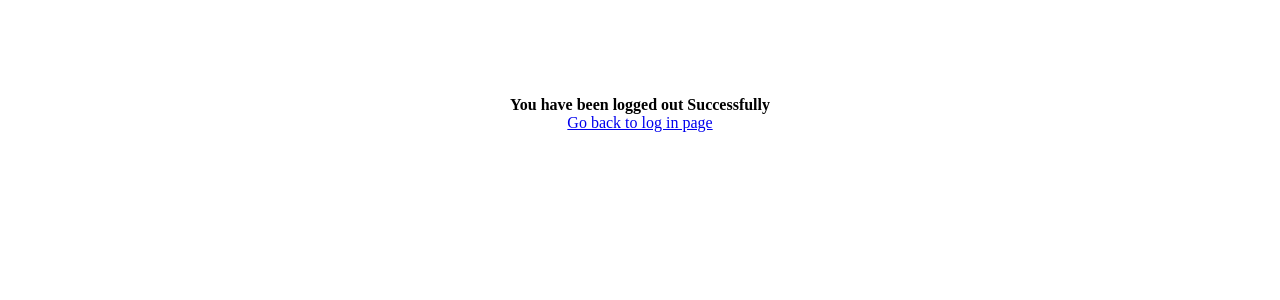
Repository: ramasubbaiya/PHP_Term_1_Course_Work
Page: http://localhost/Project/navigation/logout.php
These files come from the project's save history. The page is drawn as it stood at one moment and after the next save; the edit follows.
The browser window is 1280 px wide. The pictures show the whole page.
The page is run by PHP 8.4 with error messages shown; the project is at /var/www/html/.

Above is the page before, as saved 2015-04-17 23:23:59.

### ZendStudio/Lambton/Project/navigation/logout.php
<?php
//Use session_start() to create a session
if(isset($_SESSION['user'])){
unset($user);
session_destroy();?>
<div align='center'>
<br>&nbsp;</br>
<p>

<br>&nbsp;</br>
<b>You have been logged out Successfully<br></b>
<a href="index.php">Go back to log in page</a>
</p></div>
<?php }else{ ?>
    <div align='center'>
    <br>&nbsp;</br>
    <p>

    <br>&nbsp;</br>
    <b>You have been logged out Successfully<br></b>
    <a href="index.php">Go back to log in page</a>
    </p></div>

<?php }

?>
<br>&nbsp;</br>
<br>&nbsp;</br>
<br>&nbsp;</br>
<br>&nbsp;</br>
<br>&nbsp;</br>
<br>&nbsp;</br>
<br>&nbsp;</br>

After the next save:
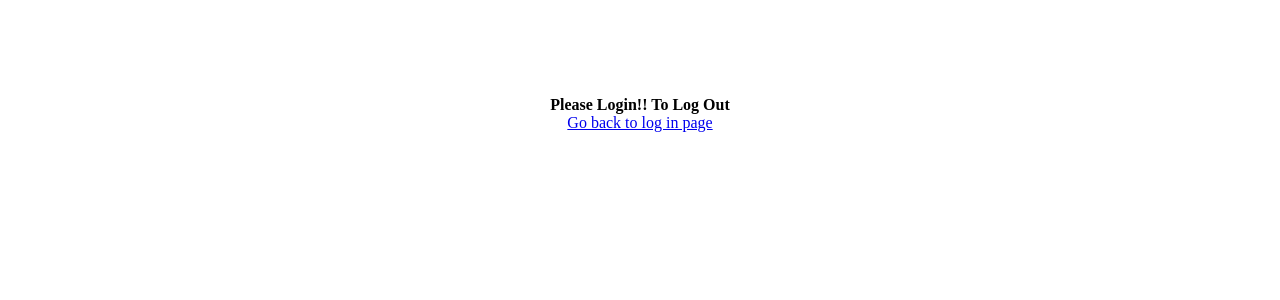
Saved 49 s later.
--- a/ZendStudio/Lambton/Project/navigation/logout.php
+++ b/ZendStudio/Lambton/Project/navigation/logout.php
@@ -17,7 +17,7 @@ session_destroy();?>
     <p>
 
     <br>&nbsp;</br>
-    <b>You have been logged out Successfully<br></b>
+    <b>Please Login!! To Log Out<br></b>
     <a href="index.php">Go back to log in page</a>
     </p></div>
 
